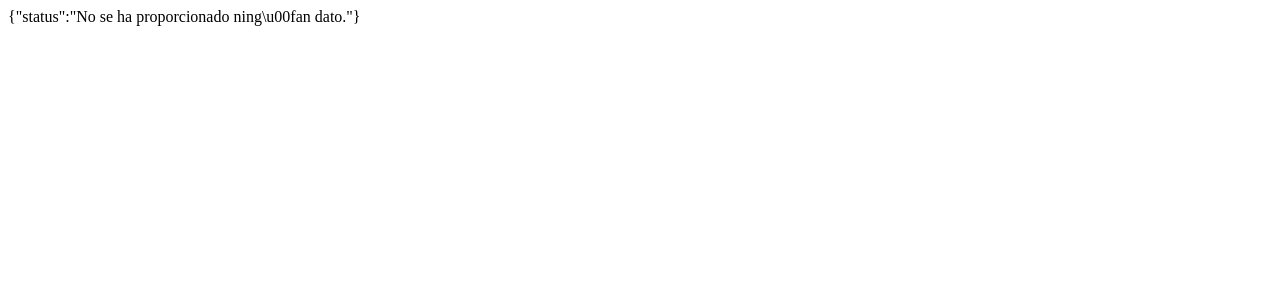
Repository: jcsalinas20/server
Page: http://localhost/delete.php
The author's editor kept a copy of each file at every save. The page is drawn from the files as they stood at one save, then again after a run of saves.
The browser window is 1280 px wide. The pictures show the whole page.
The page is run by PHP 8.4 with error messages shown; the project is at /var/www/html/.

Above is the page before, as saved 2021-03-04 00:42:35.

After the next 2 saves:
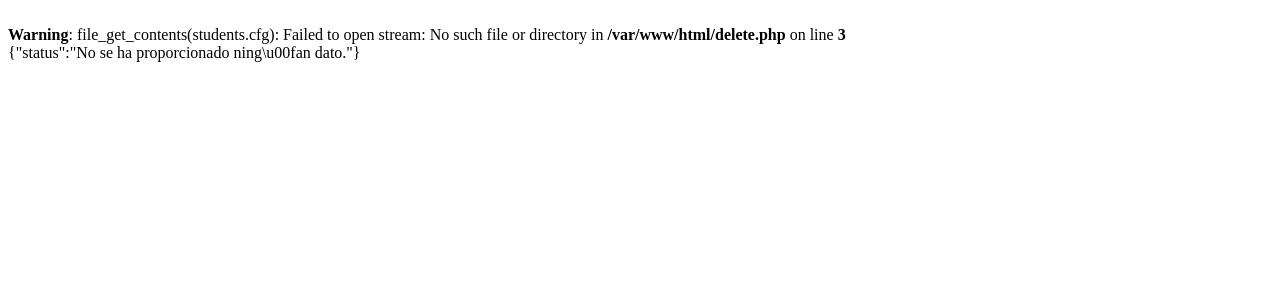
The 2 saves are shown as one change because they came seconds apart.
The last was saved 7 s later.
--- a/delete.php
+++ b/delete.php
@@ -1,6 +1,7 @@
 <?php
 
-$array = ['1234' => ["name" => "Carlos", "surname" => "Salinas", "age" => "20", "dni" => "112222"], '4321' => ["name" => "aaaa", "surname" => "aaaa", "age" => "aaaa", "dni" => "aaaaaa"]];
+$array = json_decode(file_get_contents("students.cfg"), true);
+
 if (isset($_GET['dni'])) {
     $dni = $_GET['dni'];
     if (isset($array[$dni])) {
